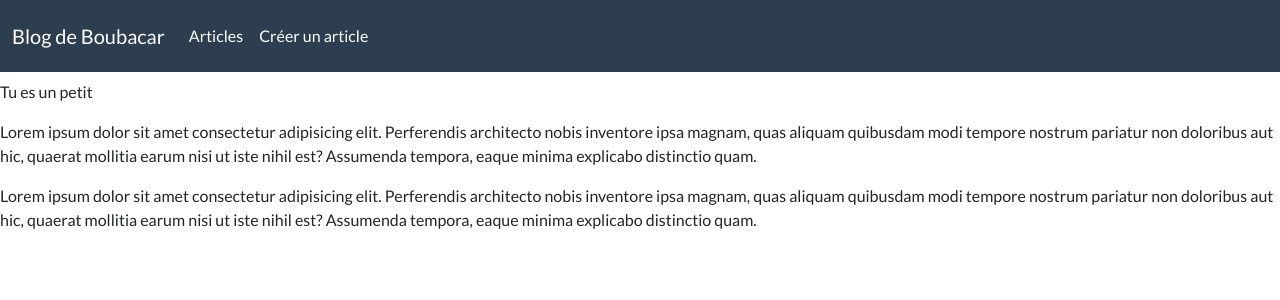
Repository: 2boubacar10/blog_lior_chamla
Page: templates/blog/home.html.twig
An editor plug-in stored every save of this project. The page is shown before and after the next save, followed by the edit.
The browser window is 1280 px wide. The pictures show the whole page.
The page is a Twig template of a Symfony application; nobody is signed in and links lead nowhere. The template is opened directly, without the code that normally fills it, so the values that code supplies are empty.

Above is the page before, as saved 2021-06-26 15:09:55.

After the next save:
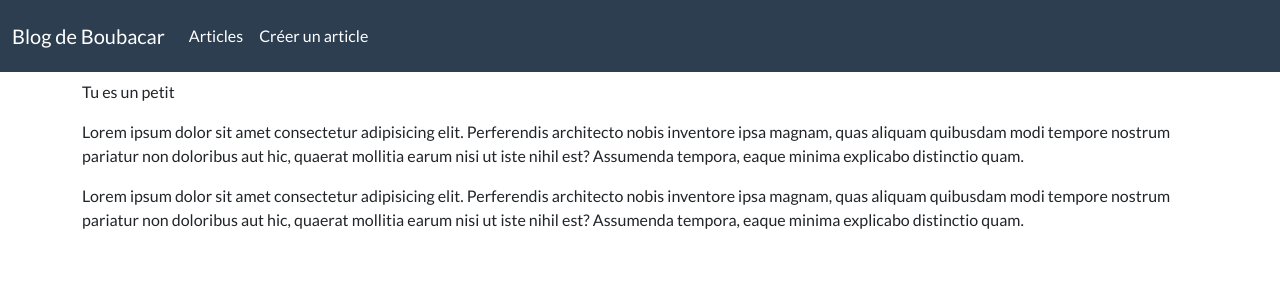
Saved 82 s later.
--- a/templates/base.html.twig
+++ b/templates/base.html.twig
@@ -40,6 +40,8 @@
             </div>
         </nav>
 
-        {% block body %}{% endblock %}
+        <div class="container">
+            {% block body %}{% endblock %}
+        </div>
     </body>
 </html>
